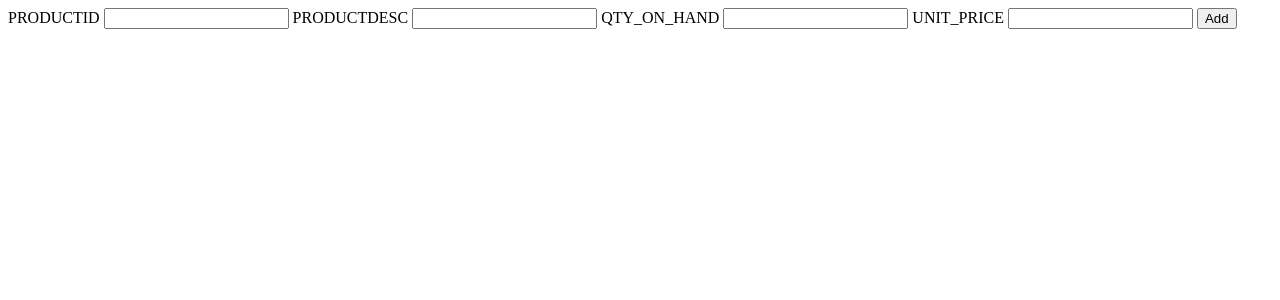
Repository: deevanshu07/Projects
Page: http://localhost/Assignment2_Dynamic/Addproduct.jsp
An editor plug-in stored every save of this project. The page is shown before and after the next save, followed by the edit.
The browser window is 1280 px wide. The pictures show the whole page.
The page is served by Tomcat 9.

Above is the page before, as saved 2015-03-21 05:19:00.

After the next save:
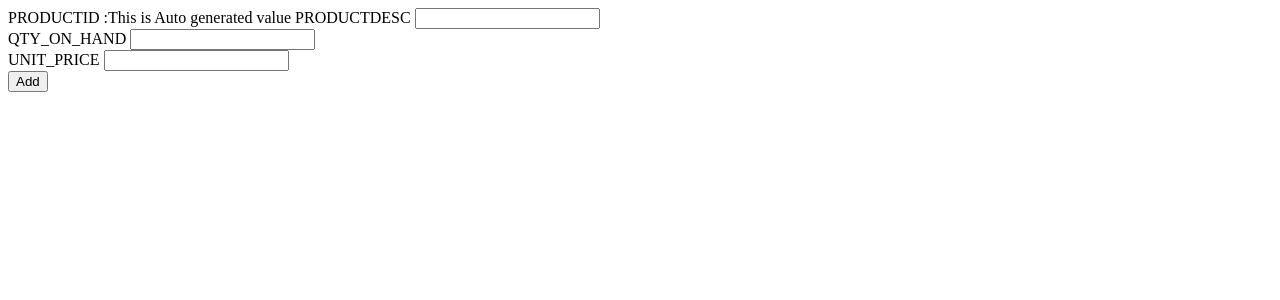
Saved 4 min 50 s later.
--- a/BOOT_CAMP_PROJECTS/Deevanshu1/Assignment2_Dynamic/WebContent/Addproduct.jsp
+++ b/BOOT_CAMP_PROJECTS/Deevanshu1/Assignment2_Dynamic/WebContent/Addproduct.jsp
@@ -8,10 +8,10 @@
 </head>
 <body>
 <form action="Addproduct">
-PRODUCTID   <input type="text" name="productId"/>
-PRODUCTDESC <input type="text" name="productDesc"/>
-QTY_ON_HAND  <input type="text" name="qty_on_hand"/>
-UNIT_PRICE	 <input type="text" name="unit_price"/>
+PRODUCTID   :This is Auto generated value
+PRODUCTDESC <input type="text" name="productDesc"/><br/>
+QTY_ON_HAND  <input type="text" name="qty_on_hand"/><br/>
+UNIT_PRICE	 <input type="text" name="unit_price"/><br/>
 <input type="submit" value="Add"/>
 </form>
 </body>
